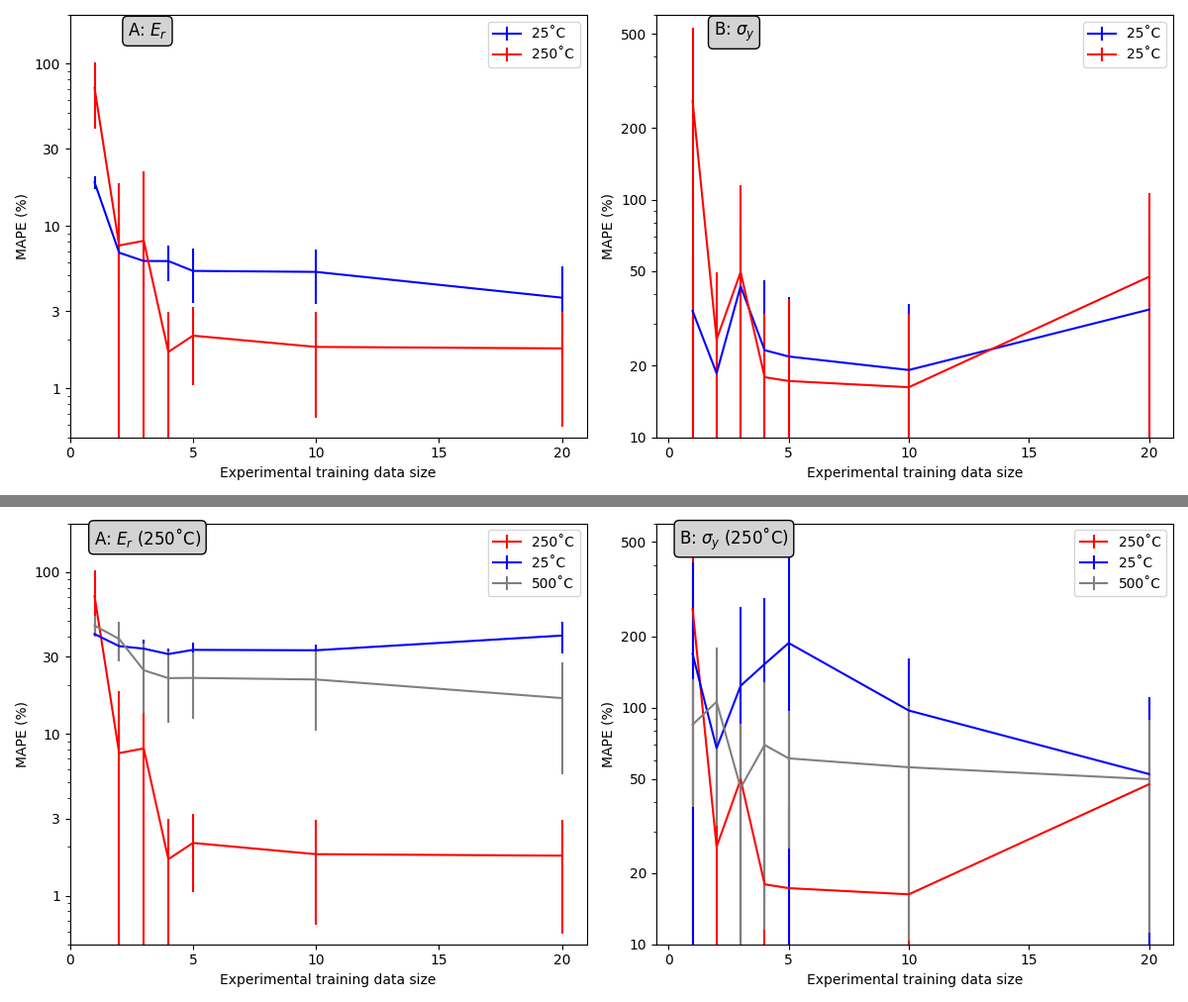
Repository: JoeSpencer1/temperature-dependant
Script's output: python src/figures.py
These files come from the project's save history. The script's output is drawn as it stood at one moment and after the next save; the edit follows.
The pictures are shown at 99% of full size.
Each picture stacks the figures in order, with grey between them; figures that are only written to a file come last. Random numbers start from a fixed seed.

Above is the script's output before, as saved 2023-10-29 15:33:33.

After the next save:
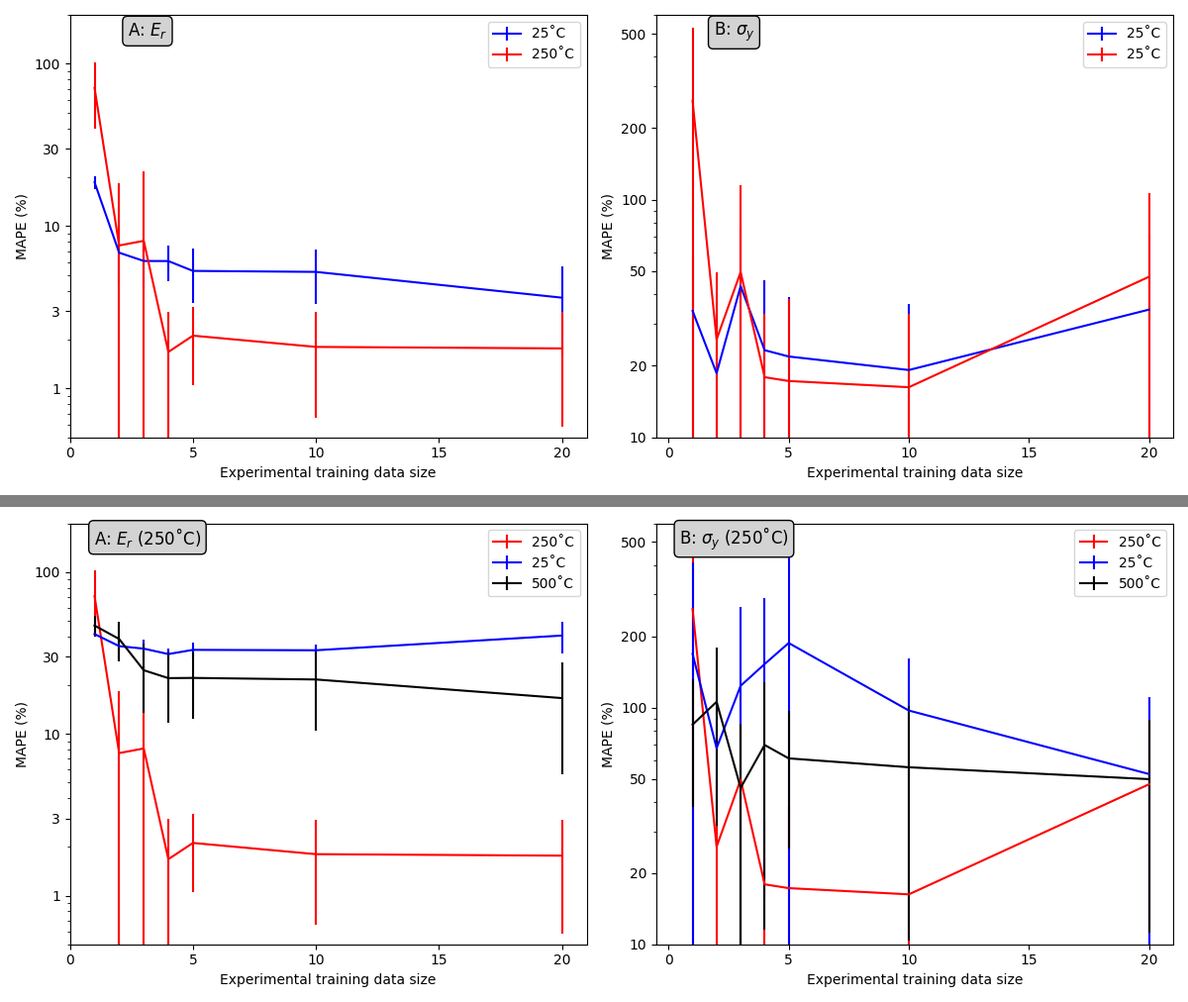
Saved 95 s later.
--- a/src/figures.py
+++ b/src/figures.py
@@ -62,7 +62,7 @@ plt.show()
 fig, (ax1, ax2) = plt.subplots(1, 2, figsize=(12, 5))
 ax1.errorbar(n, Ti250E, yerr = εTi250E, color = 'red', label = "250˚C")
 ax1.errorbar(n, Ti25250E, yerr = εTi25250E, color = 'blue', label = "25˚C")
-ax1.errorbar(n, Ti500E, yerr = εTi500E, color = 'gray', label = "500˚C")
+ax1.errorbar(n, Ti500E, yerr = εTi500E, color = 'black', label = "500˚C")
 ax1.set_yscale('log')
 ax1.set_ylim([0.5, 200])
 ax1.set_xlim([0, 21])
@@ -78,7 +78,7 @@ ax1.annotate("A: $E_{r}$ (250˚C)", xy=(0.15, 0.95), xycoords="axes fraction",
 
 ax2.errorbar(n1, Ti250σ, yerr = εTi250σ, color = 'red', label = "250˚C")
 ax2.errorbar(n1, Ti25250σ, yerr = εTi25250σ, color = 'blue', label = "25˚C")
-ax2.errorbar(n1, Ti500σ, yerr = εTi500σ, color = 'gray', label = "500˚C")
+ax2.errorbar(n1, Ti500σ, yerr = εTi500σ, color = 'black', label = "500˚C")
 ax2.set_yscale('log')
 ax2.set_ylim([10, 600])
 ax2.set_xlim([-0.5, 21])
